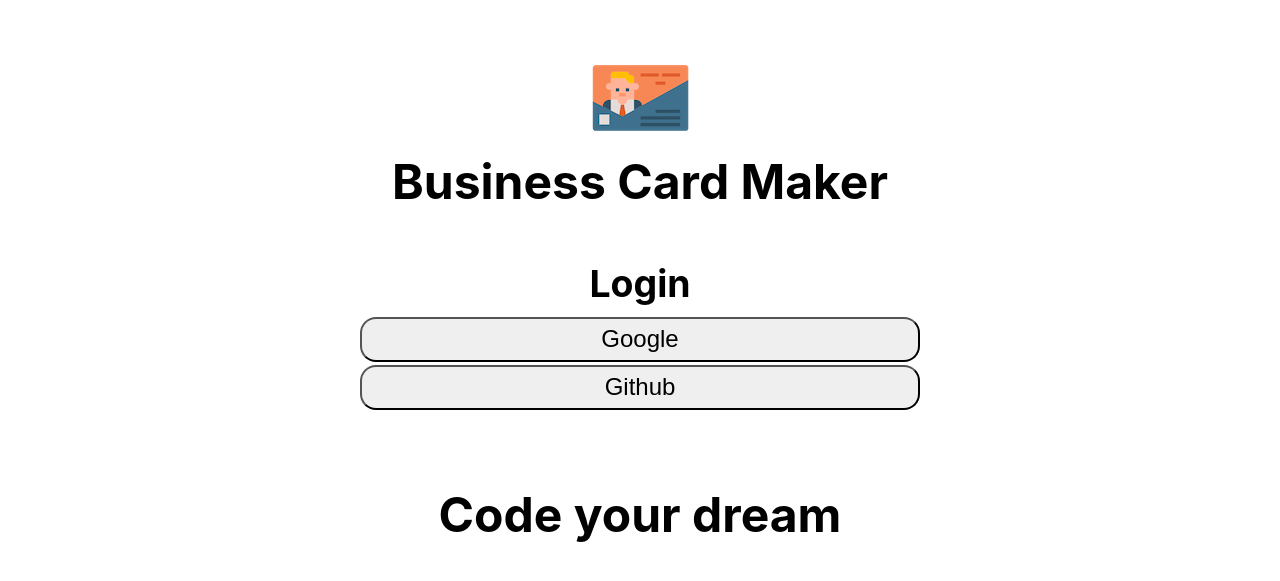
Repository: gomgomigom/firebase_practice_card_maker
Page: /
An editor plug-in stored every save of this project. The page is shown before and after the next save, followed by the edit.
The browser window is 1280 px wide. The pictures show the whole page.
The page's requests for data from a server got no answer. The project was rebuilt for these pictures with package versions that can differ from the ones it lists, and the page was loaded fresh each time. No one was signed in, and anything a server would have sent is missing.

Above is the page before, as saved 2022-01-21 14:01:00.

### public/index.html
<!DOCTYPE html>
<html lang="en">
  <head>
    <meta charset="utf-8" />
    <link rel="icon" href="./images/logo.png" />
    <meta name="viewport" content="width=device-width, initial-scale=1" />
    <meta name="theme-color" content="#000000" />
    <meta
      name="description"
      content="Web site created using create-react-app"
    />
    <title>Card-Maker</title>
  </head>
  <body>
    <noscript>You need to enable JavaScript to run this app.</noscript>
    <div id="root"></div>
  </body>
</html>

### src/index.js
import React from 'react';
import ReactDOM from 'react-dom';
import './index.module.css';
import App from './app';
import AuthService from './service/auth_service';

const authService = new AuthService();
ReactDOM.render(
  <React.StrictMode>
    <App authService={authService} />
  </React.StrictMode>,
  document.getElementById('root')
);

### src/app.js
import './app.css';
import Login from './components/login/login';

function App({ authService }) {
  return (
    <h1>
      <Login authService={authService} />
    </h1>
  );
}

export default App;

### src/service/auth_service.js
import firebase from 'firebase';
import firebaseApp from './firebase';

class AuthService {
  login(providerName) {
    const authProvider = new firebase.auth[`${providerName}AuthProvider`]();
    return firebaseApp.auth().signInWithPopup(authProvider);
  }
}
export default AuthService;

### src/components/login/login.jsx
import React from 'react';
import Footer from '../footer/footer';
import Header from '../header/header';
import styles from './login.module.css';

const Login = ({ authService }) => {
  const onLogin = (event) => {
    authService //
      .login(event.currentTarget.textContent)
      .then(console.log);
  };

  return (
    <section className={styles.login}>
      <Header />
      <section className={styles.loginList}>
        <h1 className={styles.title}>Login</h1>
        <ul>
          <li>
            <button className={styles.button} onClick={onLogin}>
              Google
            </button>
          </li>
          <li>
            <button className={styles.button} onClick={onLogin}>
              Github
            </button>
          </li>
        </ul>
      </section>
      <Footer />
    </section>
  );
};

export default Login;

### src/service/firebase.js
import firebase from 'firebase';

const firebaseConfig = {
  apiKey: process.env.REACT_APP_FIREBASE_API_KEY,
  authDomain: process.env.REACT_APP_FIREBASE_AUTH_DOMAIN,
  projectId: process.env.REACT_APP_FIREBASE_PROJECT_ID,
  storageBucket: process.env.REACT_APP_FIREBASE_STORAGE_BUCKET,
};

const firebaseApp = firebase.initializeApp(firebaseConfig);

export default firebaseApp;

### src/components/footer/footer.jsx
import React from 'react';
import styles from './footer.module.css';

const Footer = (props) => {
  return (
    <footer className={styles.footer}>
      <h1 className={styles.title}>Code your dream</h1>
    </footer>
  );
};
export default Footer;

### src/components/header/header.jsx
import React from 'react';
import styles from './header.module.css';

const Header = ({ onLogout }) => {
  return (
    <header className={styles.header}>
      {onLogout && (
        <button className={styles.button} onClick={onLogout}>
          Logout
        </button>
      )}
      <img className={styles.logo} src='/images/logo.png' alt='logo' />
      <h1 className={styles.title}>Business Card Maker</h1>
    </header>
  );
};

export default Header;

### src/components/login/login.module.css
@value makerGrey from '../../common/colors.css';
@value makerWhite from '../../common/colors.css';
@value makerGreen from '../../common/colors.css';

.login {
  display: flex;
  flex-direction: column;
  align-items: center;
  justify-content: center;
  background-color: makerGrey;
  padding: 2rem;
}

.loginList {
  width: 40rem;
  height: 14rem;
  flex-direction: column;
  display: flex;
  align-items: center;
  justify-content: center;
  background-color: makerWhite;
}

li {
  list-style: none;
}

ul {
  margin: 0;
  padding: 0;
}

.title {
  margin: 0.5rem;
}

.button {
  display: block;
  border: 2px solid makerGreen;
  border-radius: 1rem;
  width: 35rem;
  font-size: 1.5rem;
  padding: 0.4rem;
  margin: 0.2rem;
}

### src/components/header/header.module.css
@value makerBlack from '../../common/colors.css';
@value makerGreen from '../../common/colors.css';
@value makerWhite from '../../common/colors.css';
@value makerWheat from '../../common/colors.css';

.header {
  width: 40rem;
  display: flex;
  flex-wrap: wrap;
  flex-direction: column;
  justify-content: center;
  align-items: center;
  font-size: 2rem;
  background-color: makerGreen;
}

.logo {
  margin: 0.6rem;
}

.title {
  color: makerWhite;
  margin: 0.6rem;
}

### src/components/footer/footer.module.css
@value makerGrey from '../../common/colors.css';
@value makerWhite from '../../common/colors.css';

Loaded but not shown: src/index.module.css (common file); src/app.css (common file)

After the next save:
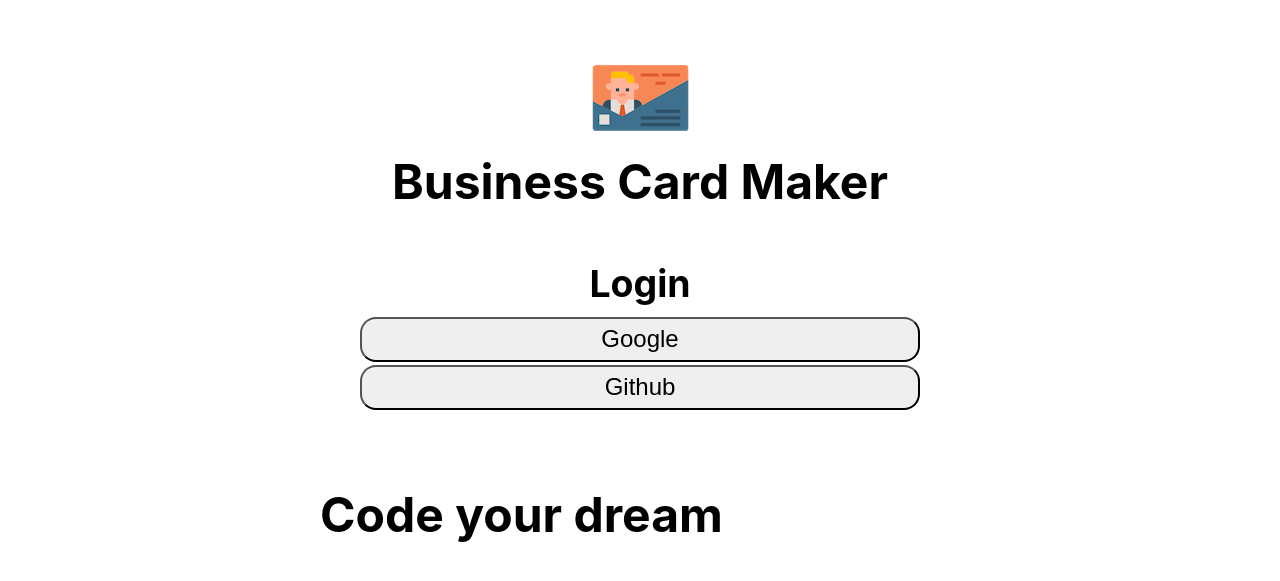
Saved 18 s later.
--- a/src/components/footer/footer.module.css
+++ b/src/components/footer/footer.module.css
@@ -1,2 +1,7 @@
 @value makerGrey from '../../common/colors.css';
 @value makerWhite from '../../common/colors.css';
+
+.footer {
+  width: 40rem;
+  display: flex;
+}

After the 2 saves that followed:
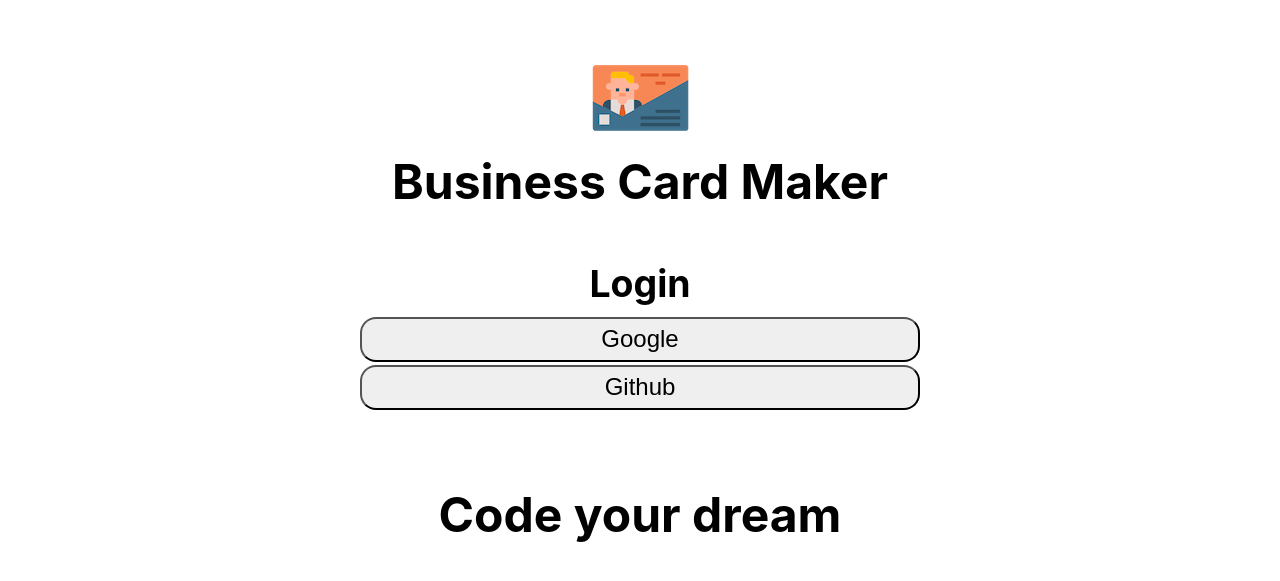
The 2 saves are shown as one change because 1 left the picture as it was.
The last was saved 48 s later.
--- a/src/components/footer/footer.module.css
+++ b/src/components/footer/footer.module.css
@@ -4,4 +4,6 @@
 .footer {
   width: 40rem;
   display: flex;
+  align-items: center;
+  justify-content: center;
 }
